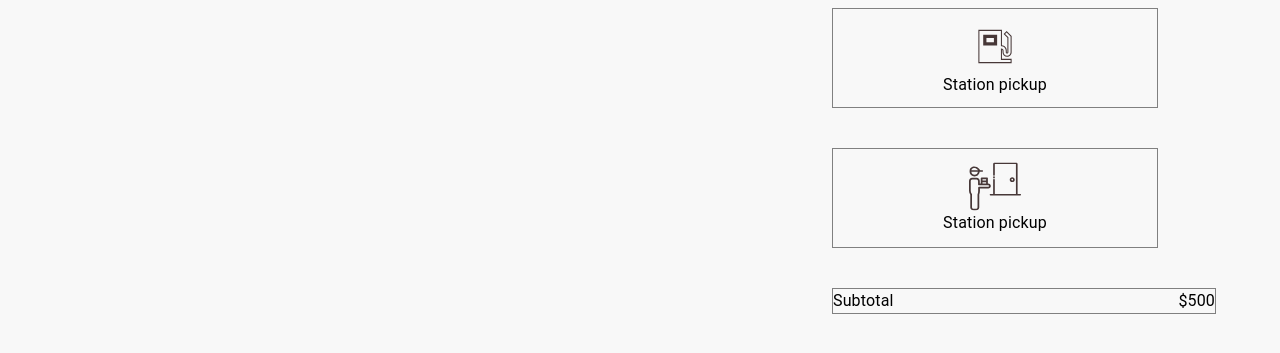
Repository: Armstrong2035/hng-project-two
Page: /cart (app in timbu-store/)
These files come from the project's save history. The page is drawn as it stood at one moment and after the next save; the edit follows.
The browser window is 1280 px wide. The pictures show the whole page.
The project was rebuilt for these pictures with package versions that can differ from the ones it lists, and the page was loaded fresh each time. The framework's server and built-in components were replaced by stand-ins that run in the browser. Also part of the build but not shown: timbu-store/next.config.mjs.

Above is the page before, as saved 2024-07-08 23:41:23.

After the next save:
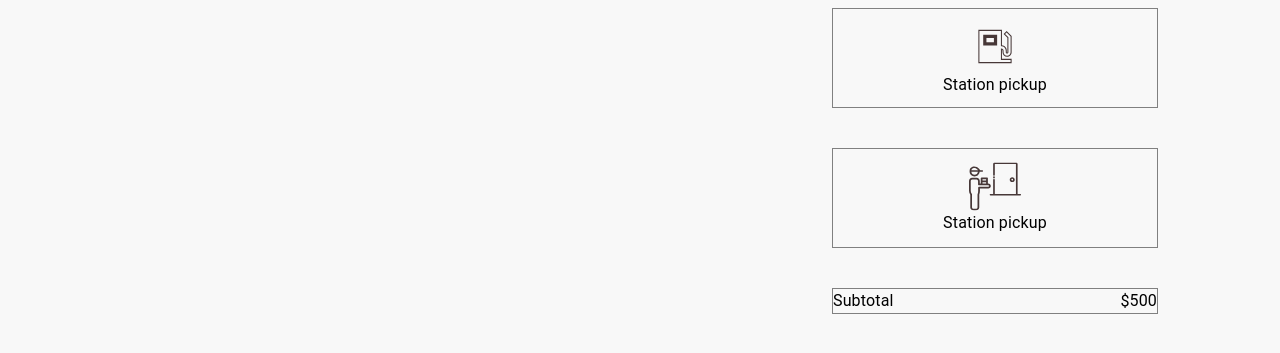
Saved 39 s later.
--- a/timbu-store/components/checkout/cart/CartPage.js
+++ b/timbu-store/components/checkout/cart/CartPage.js
@@ -59,6 +59,7 @@ export default function CartPage() {
               <Box
                 sx={{
                   border: "1px solid grey",
+                  width: "324px",
                   display: "flex",
                   flexDirection: "row",
                   alignItems: "center",
